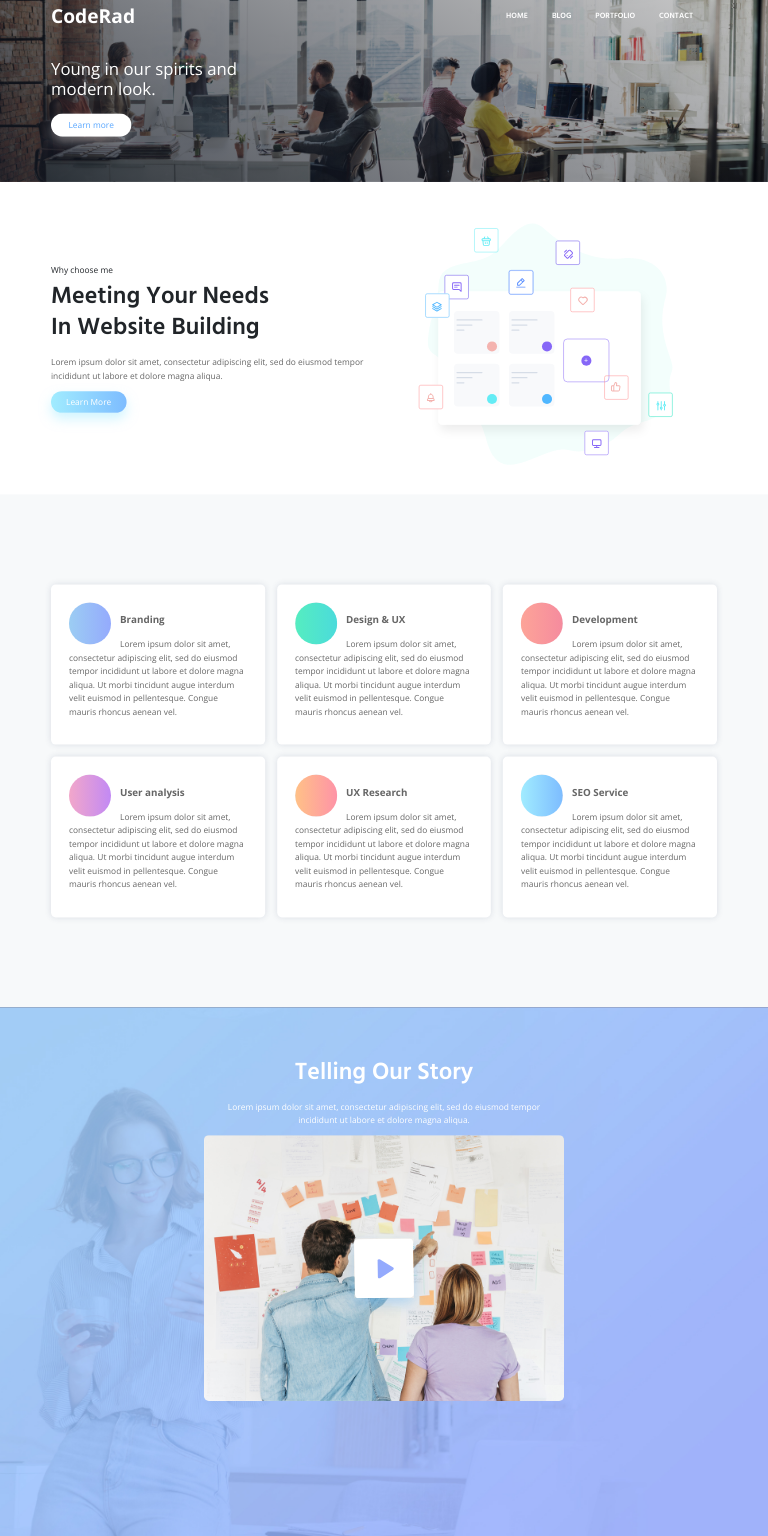
Repository: Sc-Juju/CodeRad
Page: index.html
The author's editor kept a copy of each file at every save. The page is drawn from the files as they stood at one save, then again after the next save.
The browser window is 1280 px wide. The pictures show the whole page, at 60% of full size.

Above is the page before, as saved 2022-11-10 14:56:02.

After the next save:
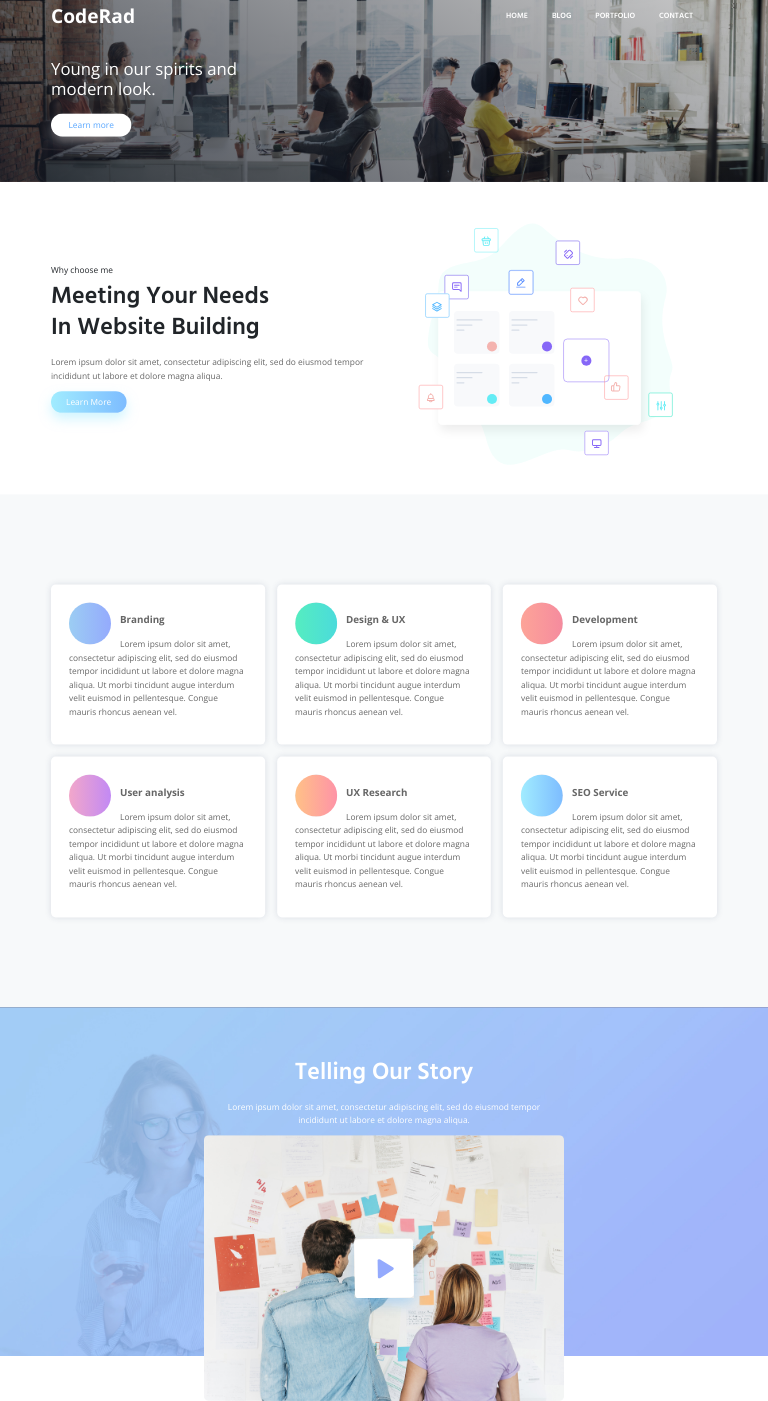
Saved 56 s later.
--- a/css/styles.css
+++ b/css/styles.css
@@ -140,7 +140,7 @@ span.bg-color-6 {background-image: linear-gradient(90deg, #a1ecff 0%, #7dbcff 10
 }
 .video-box{
     position: relative;
-    margin-bottom: var(--size-150);
+    margin-bottom: -9.375rem;
     z-index: 100;
 }
 .video-box > img{
